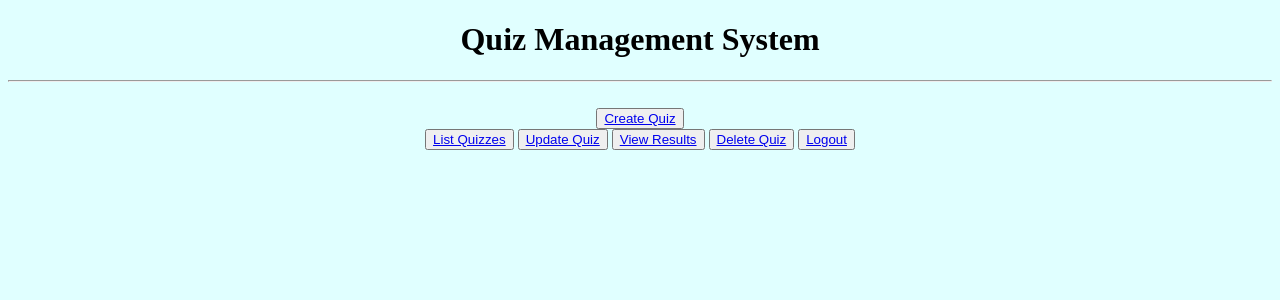
Repository: Rohitsenpai01/Quiz-Manangement-System
Page: http://localhost/WebQuizApp/admin.jsp
These files come from the project's save history. The page is drawn as it stood at one moment and after a run of saves; the edit follows.
The browser window is 1280 px wide. The pictures show the whole page.
The page is served by Tomcat 9. Other server files are loaded and not shown.

Above is the page before, as saved 2025-12-29 06:56:34.

### WebQuizApp/WebQuizApp/src/main/webapp/admin.jsp
<%@ page language="java" contentType="text/html; charset=UTF-8"
    pageEncoding="UTF-8"%>
<!DOCTYPE html>
<html>
<head>
<meta charset="UTF-8">
<title>Insert title here</title>
</head>
<body bgcolor="${initParam.theme}">
	<h1 style="text-align: center;">${initParam.appTitle}</h1><hr><br>
	<div style="text-align: center;">
		<button><a href="index.jsp">Create Quiz</a></button><br>
		<button><a href="index.jsp">List Quizzes</a></button>
		<button><a href="index.jsp">Update Quiz</a></button>
		<button><a href="index.jsp">View Results</a></button>
		<button><a href="index.jsp">Delete Quiz</a></button>
		<button><a href="logout.jsp">Logout</a></button>
	</div>
</body>
</html>

After the next 2 saves:
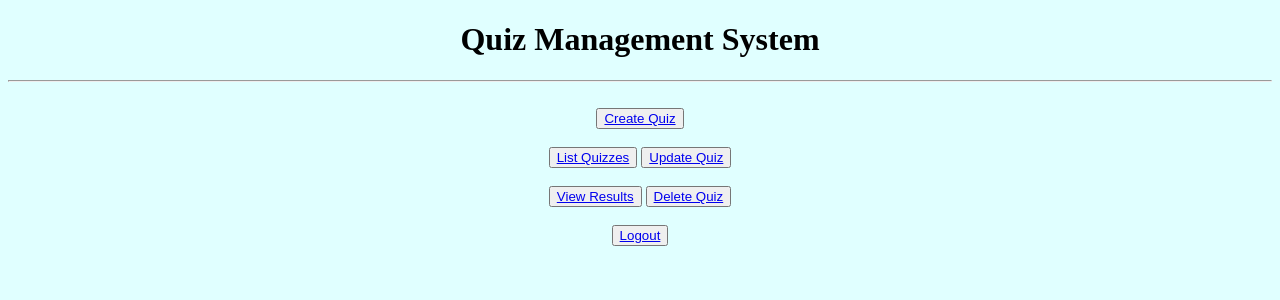
The 2 saves are shown as one change because they came seconds apart.
The last was saved 32 s later.
--- a/WebQuizApp/WebQuizApp/src/main/webapp/admin.jsp
+++ b/WebQuizApp/WebQuizApp/src/main/webapp/admin.jsp
@@ -9,11 +9,11 @@
 <body bgcolor="${initParam.theme}">
 	<h1 style="text-align: center;">${initParam.appTitle}</h1><hr><br>
 	<div style="text-align: center;">
-		<button><a href="index.jsp">Create Quiz</a></button><br>
+		<button><a href="index.jsp">Create Quiz</a></button><br><br>
 		<button><a href="index.jsp">List Quizzes</a></button>
-		<button><a href="index.jsp">Update Quiz</a></button>
+		<button><a href="index.jsp">Update Quiz</a></button><br><br>
 		<button><a href="index.jsp">View Results</a></button>
-		<button><a href="index.jsp">Delete Quiz</a></button>
+		<button><a href="index.jsp">Delete Quiz</a></button><br><br>
 		<button><a href="logout.jsp">Logout</a></button>
 	</div>
 </body>
